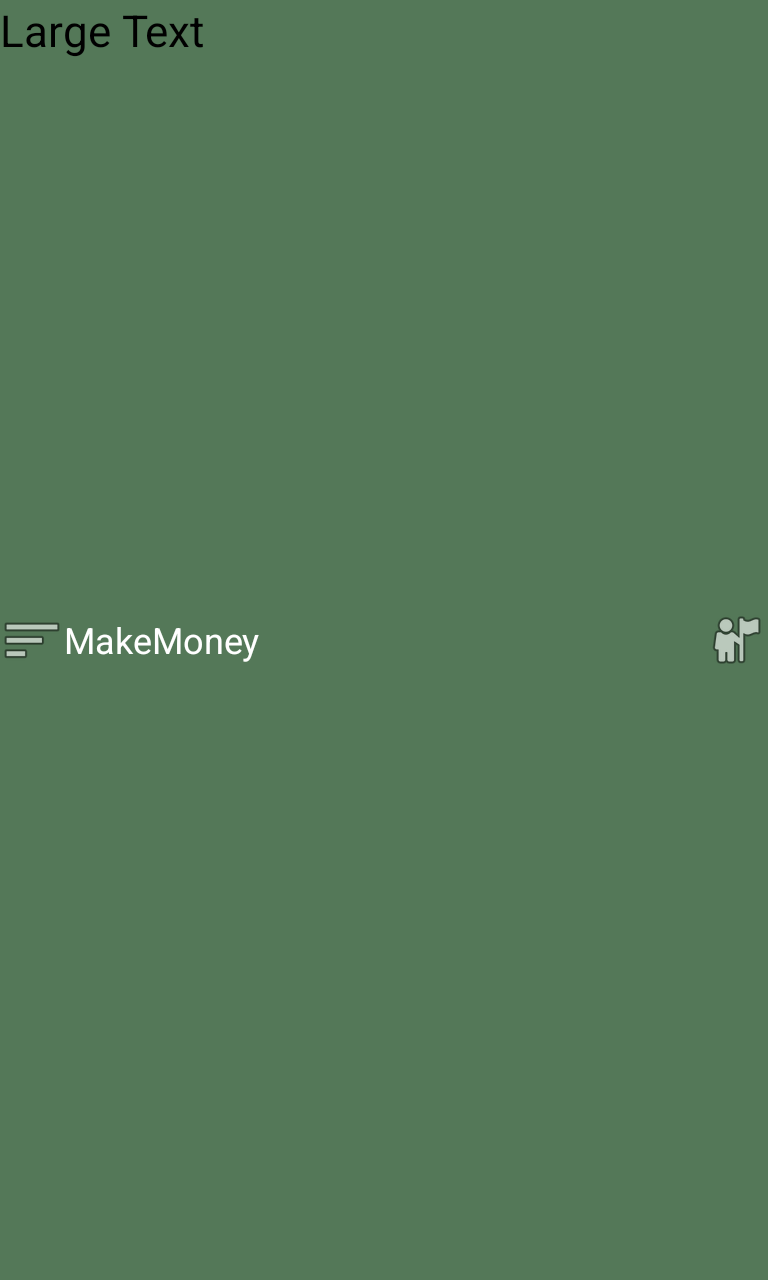
Repository: jeissie/MakeMoney
Layout: MakeMoney/res/layout/activity_main.xml
These files come from the project's save history. The layout is drawn as it stood at one moment and after the next save; the edit follows.
It is drawn on a 768 x 1280 px phone screen (xhdpi) without system bars, with theme android:Theme.Light.NoTitleBar.Fullscreen; the app's code is not run.

Above is the layout before, as saved 2014-01-04 12:37:35.

After the next save:
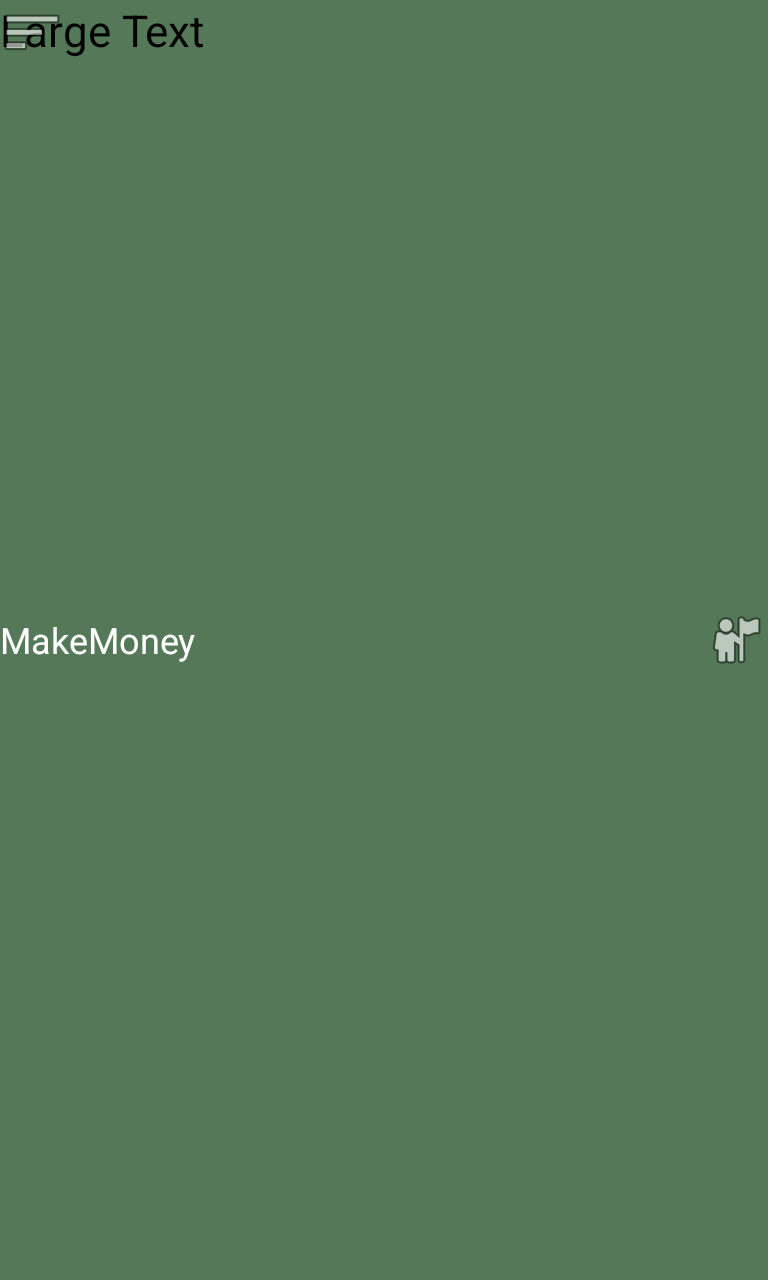
Saved 52 s later.
--- a/MakeMoney/res/layout/activity_main.xml
+++ b/MakeMoney/res/layout/activity_main.xml
@@ -1,38 +1,26 @@
 <?xml version="1.0" encoding="utf-8"?>
-    <RelativeLayout xmlns:android="http://schemas.android.com/apk/res/android"
-        android:layout_width="match_parent"
+<RelativeLayout xmlns:android="http://schemas.android.com/apk/res/android"
+    android:layout_width="match_parent"
+    android:layout_height="wrap_content"
+    android:background="#547858" >
+
+    <ImageButton
+        android:id="@+id/user_info"
+        android:layout_width="wrap_content"
         android:layout_height="wrap_content"
-        android:background="#547858" >
+        android:layout_alignParentRight="true"
+        android:layout_centerVertical="true"
+        android:background="#00000000"
+        android:src="@android:drawable/ic_menu_myplaces" />
 
-        <ImageButton
-            android:id="@+id/frame_menu"
-            android:layout_width="wrap_content"
-            android:layout_height="wrap_content"
-            android:layout_alignParentLeft="true"
-            android:layout_centerVertical="true"
-            android:background="#00000000"
-            android:src="@android:drawable/ic_menu_sort_by_size" />
-
-        <ImageButton
-            android:id="@+id/user_info"
-            android:layout_width="wrap_content"
-            android:layout_height="wrap_content"
-            android:layout_alignParentRight="true"
-            android:layout_centerVertical="true"
-            android:background="#00000000"
-            android:src="@android:drawable/ic_menu_myplaces" />
-
-        <TextView
-            android:id="@+id/title"
-            android:layout_width="wrap_content"
-            android:layout_height="wrap_content"
-            android:layout_centerVertical="true"
-            android:layout_toRightOf="@+id/frame_menu"
-            android:text="MakeMoney"
-            android:textColor="#ffffff"
-            android:textSize="18sp" />
-
-
+    <TextView
+        android:id="@+id/title"
+        android:layout_width="wrap_content"
+        android:layout_height="wrap_content"
+        android:layout_centerVertical="true"
+        android:text="MakeMoney"
+        android:textColor="#ffffff"
+        android:textSize="18sp" />
 
     <FrameLayout
         android:id="@+id/content"
@@ -46,5 +34,12 @@
             android:text="Large Text"
             android:textAppearance="?android:attr/textAppearanceLarge" />
 
+        <ImageButton
+            android:id="@+id/frame_menu"
+            android:layout_width="wrap_content"
+            android:layout_height="wrap_content"
+            android:background="#00000000"
+            android:src="@android:drawable/ic_menu_sort_by_size" />
     </FrameLayout>
-    </RelativeLayout>
+
+</RelativeLayout>

After the 2 saves that followed:
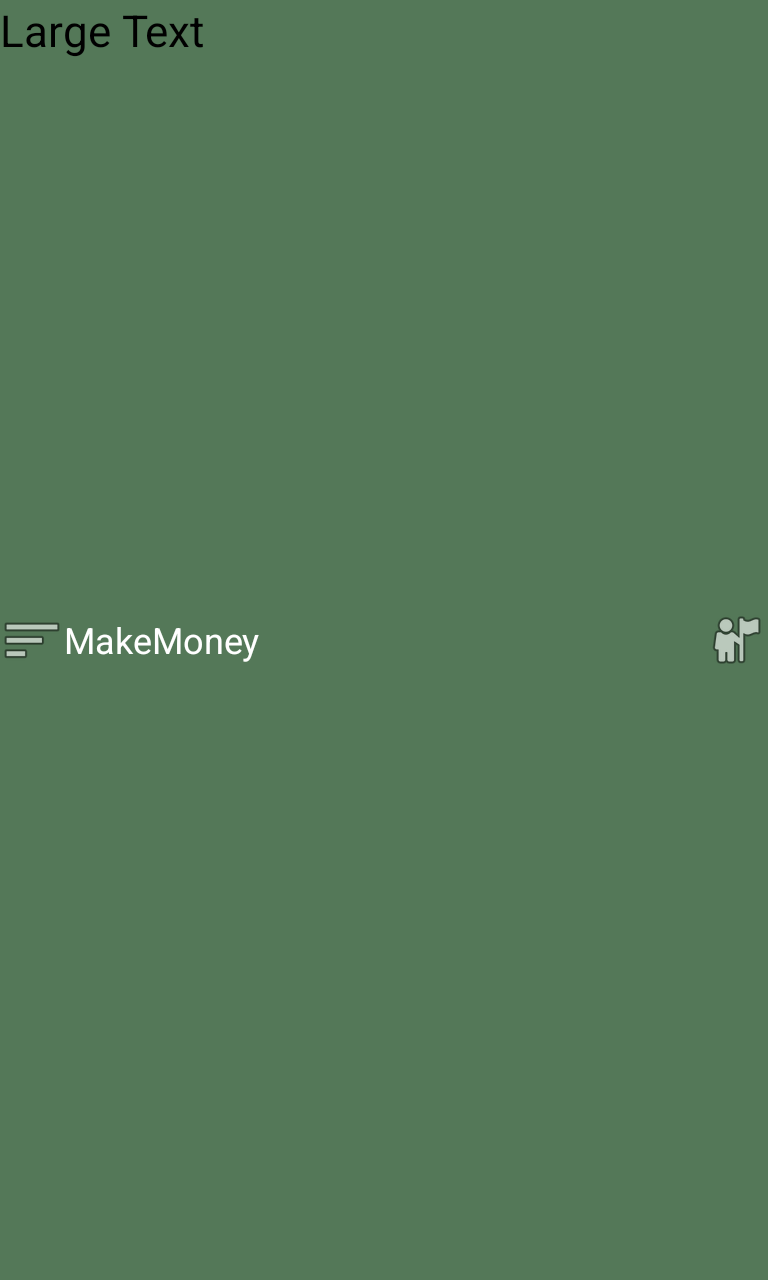
The 2 saves are shown as one change because they came seconds apart.
The last was saved 28 s later.
--- a/MakeMoney/res/layout/activity_main.xml
+++ b/MakeMoney/res/layout/activity_main.xml
@@ -1,26 +1,38 @@
 <?xml version="1.0" encoding="utf-8"?>
-<RelativeLayout xmlns:android="http://schemas.android.com/apk/res/android"
-    android:layout_width="match_parent"
-    android:layout_height="wrap_content"
-    android:background="#547858" >
+    <RelativeLayout xmlns:android="http://schemas.android.com/apk/res/android"
+        android:layout_width="match_parent"
+        android:layout_height="wrap_content"
+        android:background="#547858" >
 
-    <ImageButton
-        android:id="@+id/user_info"
-        android:layout_width="wrap_content"
-        android:layout_height="wrap_content"
-        android:layout_alignParentRight="true"
-        android:layout_centerVertical="true"
-        android:background="#00000000"
-        android:src="@android:drawable/ic_menu_myplaces" />
+        <ImageButton
+            android:id="@+id/frame_menu"
+            android:layout_width="wrap_content"
+            android:layout_height="wrap_content"
+            android:layout_alignParentLeft="true"
+            android:layout_centerVertical="true"
+            android:background="#00000000"
+            android:src="@android:drawable/ic_menu_sort_by_size" />
 
-    <TextView
-        android:id="@+id/title"
-        android:layout_width="wrap_content"
-        android:layout_height="wrap_content"
-        android:layout_centerVertical="true"
-        android:text="MakeMoney"
-        android:textColor="#ffffff"
-        android:textSize="18sp" />
+        <ImageButton
+            android:id="@+id/user_info"
+            android:layout_width="wrap_content"
+            android:layout_height="wrap_content"
+            android:layout_alignParentRight="true"
+            android:layout_centerVertical="true"
+            android:background="#00000000"
+            android:src="@android:drawable/ic_menu_myplaces" />
+
+        <TextView
+            android:id="@+id/title"
+            android:layout_width="wrap_content"
+            android:layout_height="wrap_content"
+            android:layout_centerVertical="true"
+            android:layout_toRightOf="@+id/frame_menu"
+            android:text="MakeMoney"
+            android:textColor="#ffffff"
+            android:textSize="18sp" />
+
+
 
     <FrameLayout
         android:id="@+id/content"
@@ -34,12 +46,5 @@
             android:text="Large Text"
             android:textAppearance="?android:attr/textAppearanceLarge" />
 
-        <ImageButton
-            android:id="@+id/frame_menu"
-            android:layout_width="wrap_content"
-            android:layout_height="wrap_content"
-            android:background="#00000000"
-            android:src="@android:drawable/ic_menu_sort_by_size" />
     </FrameLayout>
-
 </RelativeLayout>
